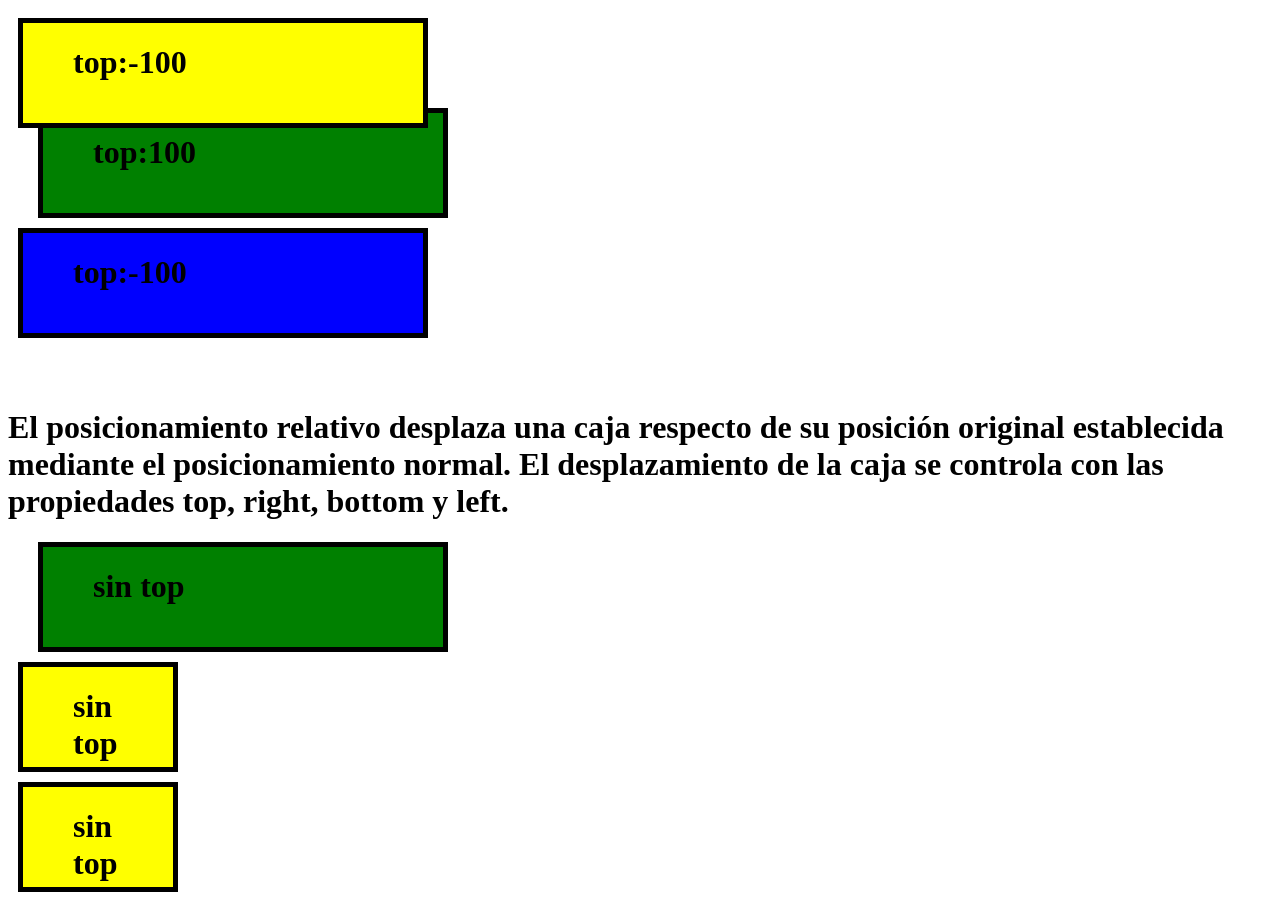
Repository: antonio63j/misNotas
Page: software/CSS/Demos/aptana_proyect/src/relativo.html
An editor plug-in stored every save of this project. The page is shown before and after the next save, followed by the edit.
The browser window is 1280 px wide. The pictures show the whole page.

Above is the page before, as saved 2017-04-23 17:16:08.

### software/CSS/Demos/aptana_proyect/src/relativo.html
<!DOCTYPE html>
<html>
<head>
<style>

#caja1 {
  position:relative;
  top:100px;
  left:20px;
  width: 300px;
  height:100px;
  padding-left:  50px;
  padding-right: 50px;
  margin-left:   10px;
  margin-right:  10px;
  border: 5px solid black;
  padding-top: 0px;
  background-color:green;
}

#caja2 {
  position:relative;
  top:-100px;
  width: 300px;
  height:100px;
  padding-left:  50px;
  padding-right: 50px;
  margin-left:   10px;
  margin-right:  10px;
  border: 5px solid black;
  margin-bottom:50px;
  background-color:yellow;
}

#caja3 {
  position:relative;
  top:-50px;
  width: 300px;
  height:100px;
  padding-left:  50px;
  padding-right: 50px;
  margin-left:   10px;
  margin-right:  10px;
  border: 5px solid black;
  margin-bottom:10px;
  background-color: blue;
}

#caja11 {
  position:relative;
  left:20px;
  width: 300px;
  height:100px;
  padding-left:  50px;
  padding-right: 50px;
  margin-left:   10px;
  margin-right:  10px;
  border: 5px solid black;
  margin-bottom:10px;
  background-color:green;
}

#caja22 {
  position:relative;

  width: 50px;
  height:100px;
  padding-left:  50px;
  padding-right: 50px;
  margin-left:   10px;
  margin-right:  10px;
  border: 5px solid black;
  margin-bottom:10px;
  background-color:yellow;
}

#caja33 {
  position:relative;

  width: 50px;
  height:100px;
  padding-left:  50px;
  padding-right: 50px;
  margin-left:   10px;
  margin-right:  10px;
  border: 5px solid black;
  margin-bottom:10px;
  background-color:yellow;
}


</style>
</head>



<body>

<div id="caja1"><h1>top:100</h1></div>
<div id="caja2"><h1>top:-100</h1></div>
<div id="caja3"><h1>top:-100</h1></div>

<h1>El posicionamiento relativo desplaza una caja respecto de su posición original establecida mediante el posicionamiento normal. El desplazamiento de la caja se controla con las propiedades top, right, bottom y left.</h1>

<div id="caja11"><h1>sin top</h1></div>
<div id="caja22"><h1>sin top</h1></div>
<div id="caja33"><h1>sin top</h1></div>

</body>

</html>

After the next save:
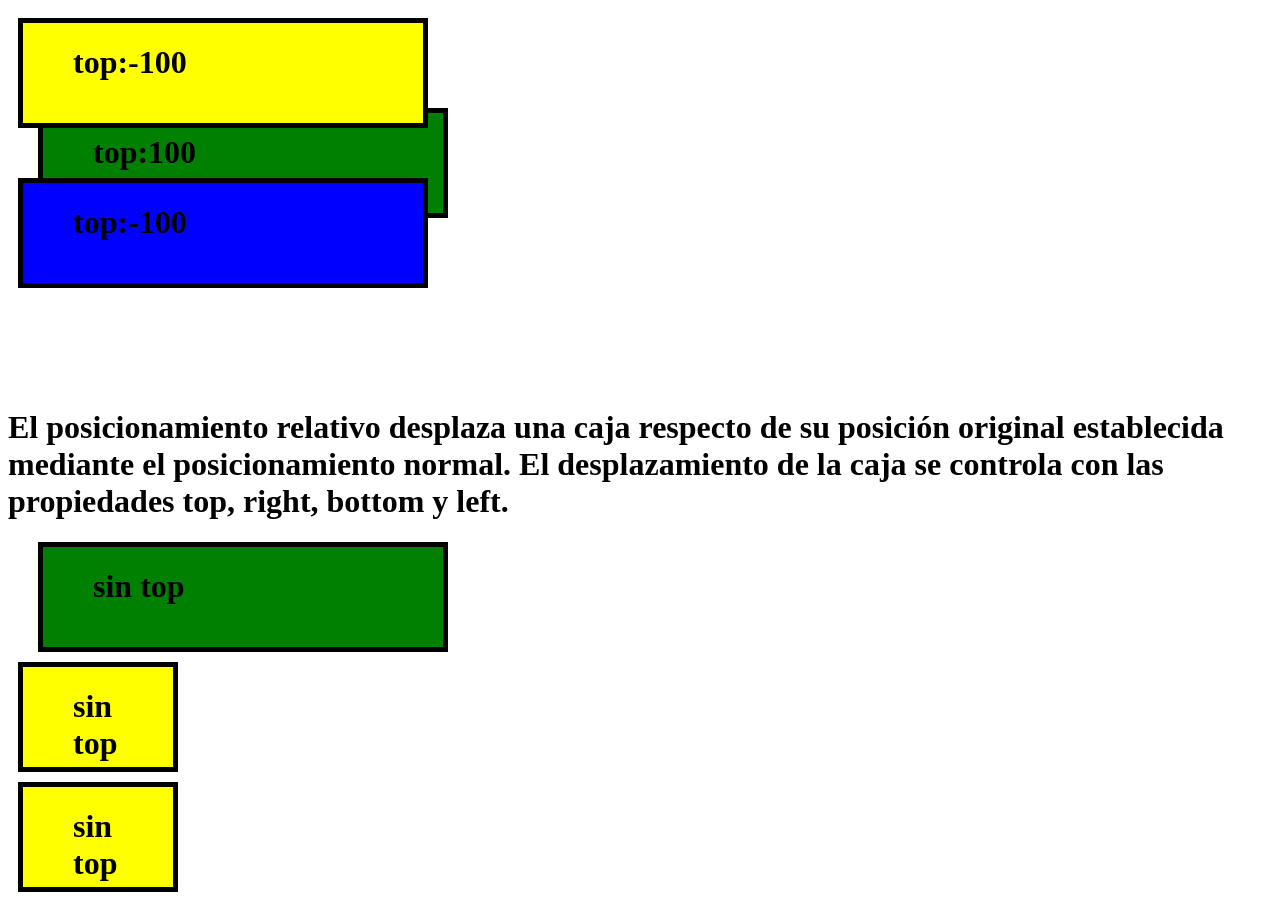
Saved 80 s later.
--- a/software/CSS/Demos/aptana_proyect/src/relativo.html
+++ b/software/CSS/Demos/aptana_proyect/src/relativo.html
@@ -34,7 +34,7 @@
 
 #caja3 {
   position:relative;
-  top:-50px;
+  top:-100px;
   width: 300px;
   height:100px;
   padding-left:  50px;
